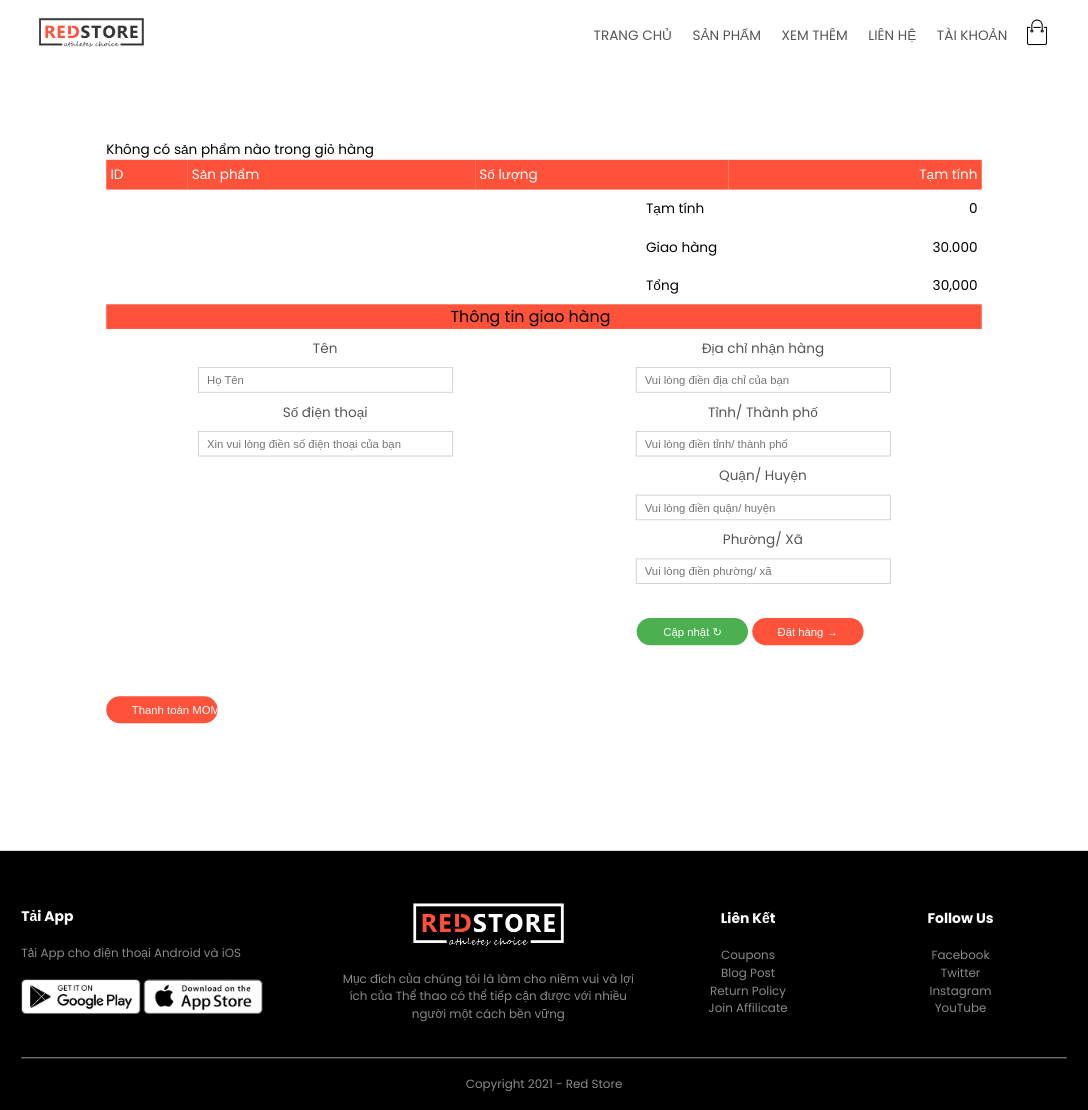
Repository: trongnk2001/RedStore
Page: http://localhost/RedStore/cart.php?action=submit
An editor plug-in stored every save of this project. The page is shown before and after the next save, followed by the edit.
The browser window is 1280 px wide. The pictures show the whole page, at 85% of full size.
Some web libraries are served in a nearby version. The page is run by PHP 8.4 with error messages shown; the project is at /var/www/html/.

Above is the page before, as saved 2022-05-30 11:28:11.

After the next save:
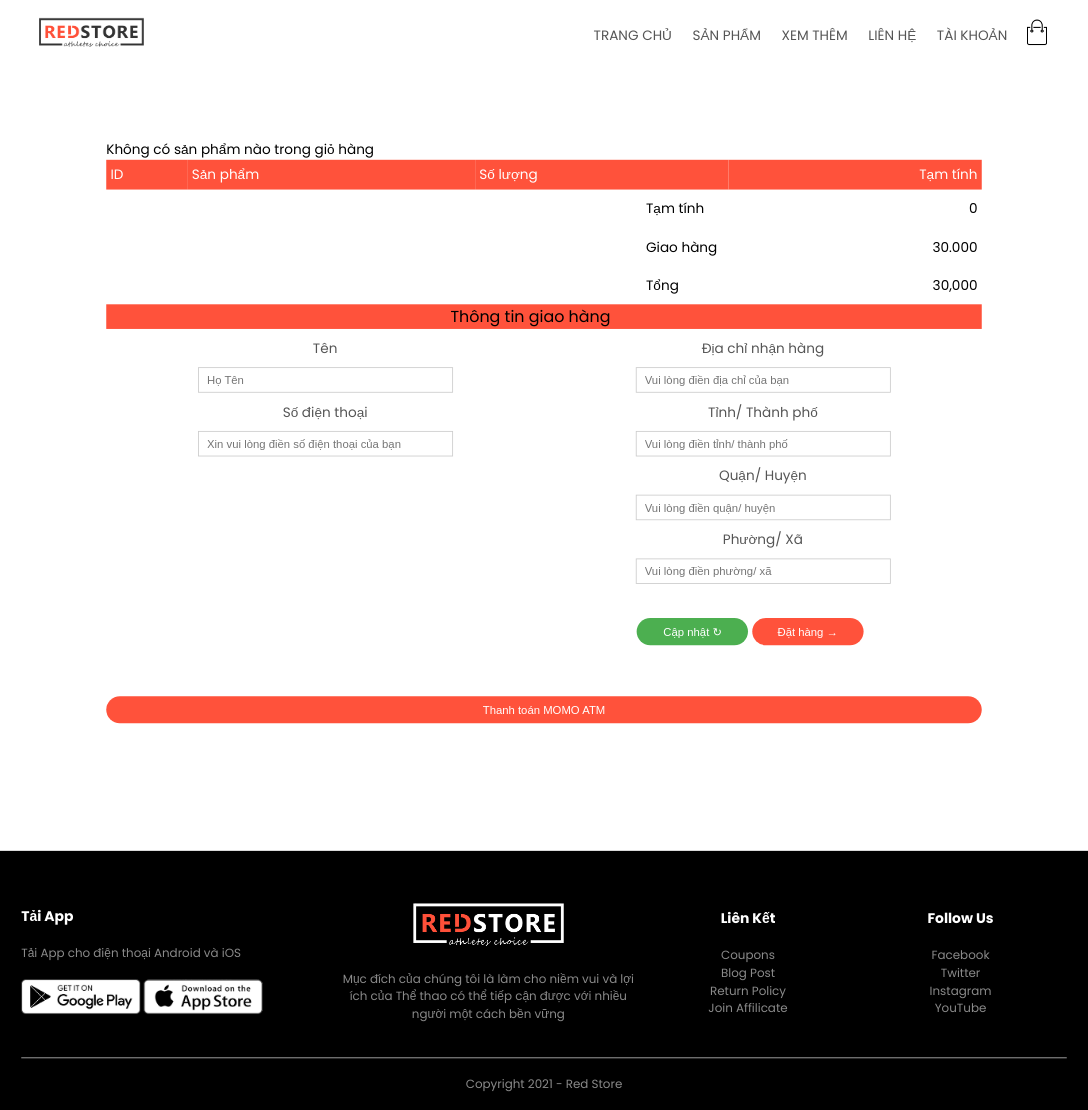
Saved 2 h 21 min later.
--- a/cart.php
+++ b/cart.php
@@ -268,7 +268,7 @@
                           action="xulithanhtoanmomo_atm.php">
                 <input type="hidden" value="<?php echo number_format($total)?>" name ="total">
                 <input
-                style="display: inline-block;background: #ff523b;color: #fff;padding: 8px 30px;margin: 30px 0;border-radius: 30px;transition: background 0.5s;border: none;cursor: pointer;height:32px;width:131px ;"
+                style="display: inline-block;background: #ff523b;color: #fff;padding: 8px 30px;margin: 30px 0;border-radius: 30px;transition: background 0.5s;border: none;cursor: pointer;height:32px;width:100% ;"
                 type="submit" name="momo" value="Thanh toán MOMO ATM">
             </form>
             <!-- <div class="buy">
